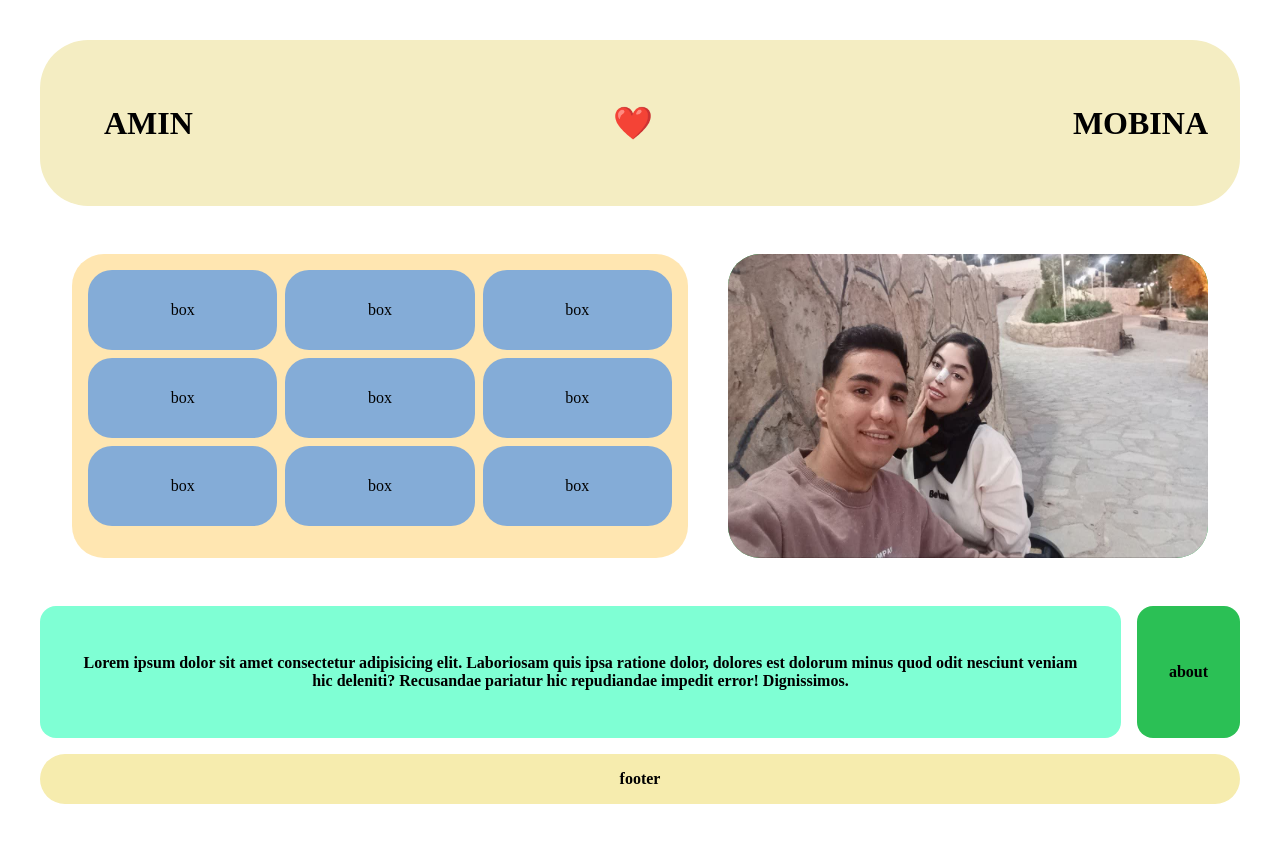
Repository: aminsheikhan/amins-github
Page: ui1.html
An editor plug-in stored every save of this project. The page is shown before and after a run of saves, followed by the edit.
The browser window is 1280 px wide. The pictures show the whole page.

Above is the page before, as saved 2026-01-07 17:59:10.

After the next 2 saves:
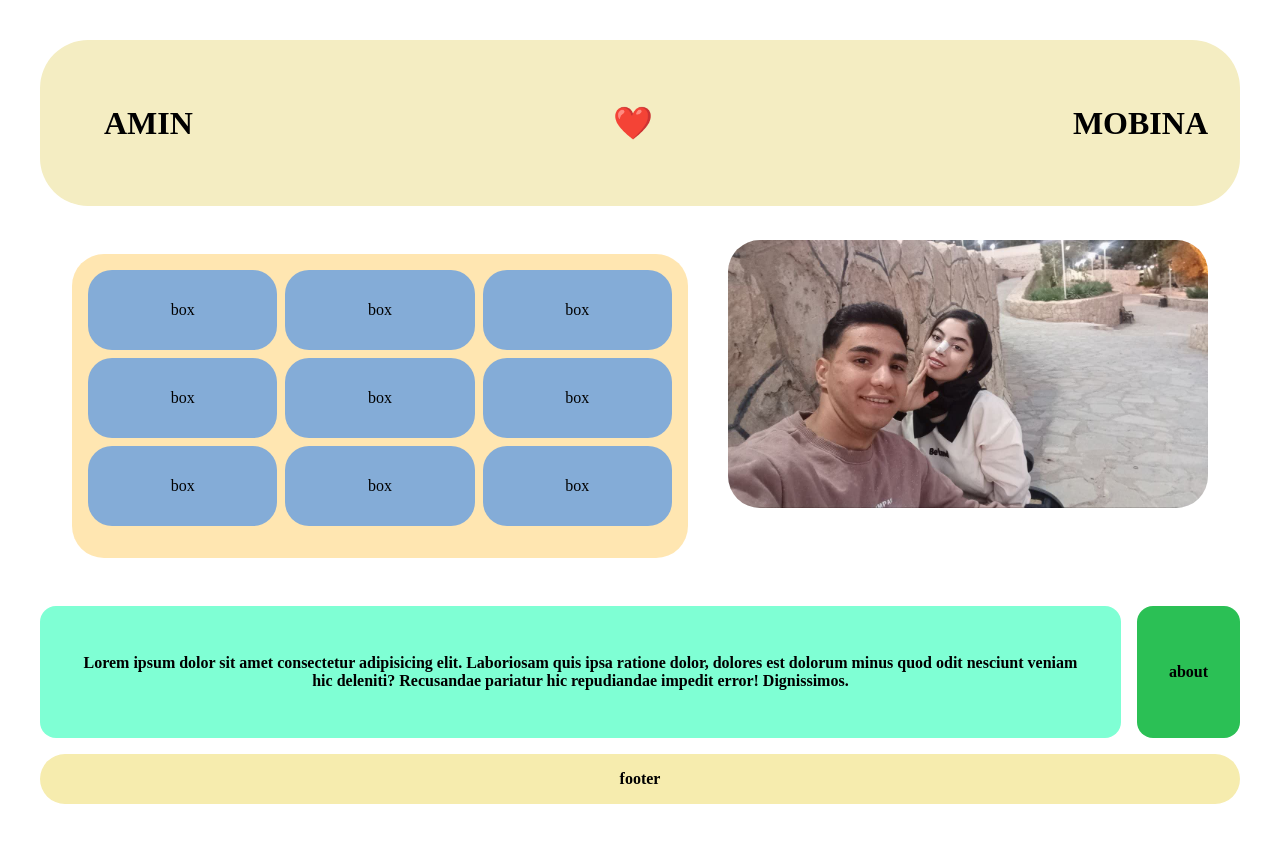
The 2 saves are shown as one change because they came seconds apart.
The last was saved 8 s later.
--- a/ui1.css
+++ b/ui1.css
@@ -53,7 +53,7 @@ body{
     font-weight: bold;
     border-radius: 2rem;
     max-width: 30rem;
-    max-height: ;
+    max-height: 15rem;
 }
 
 .content{
